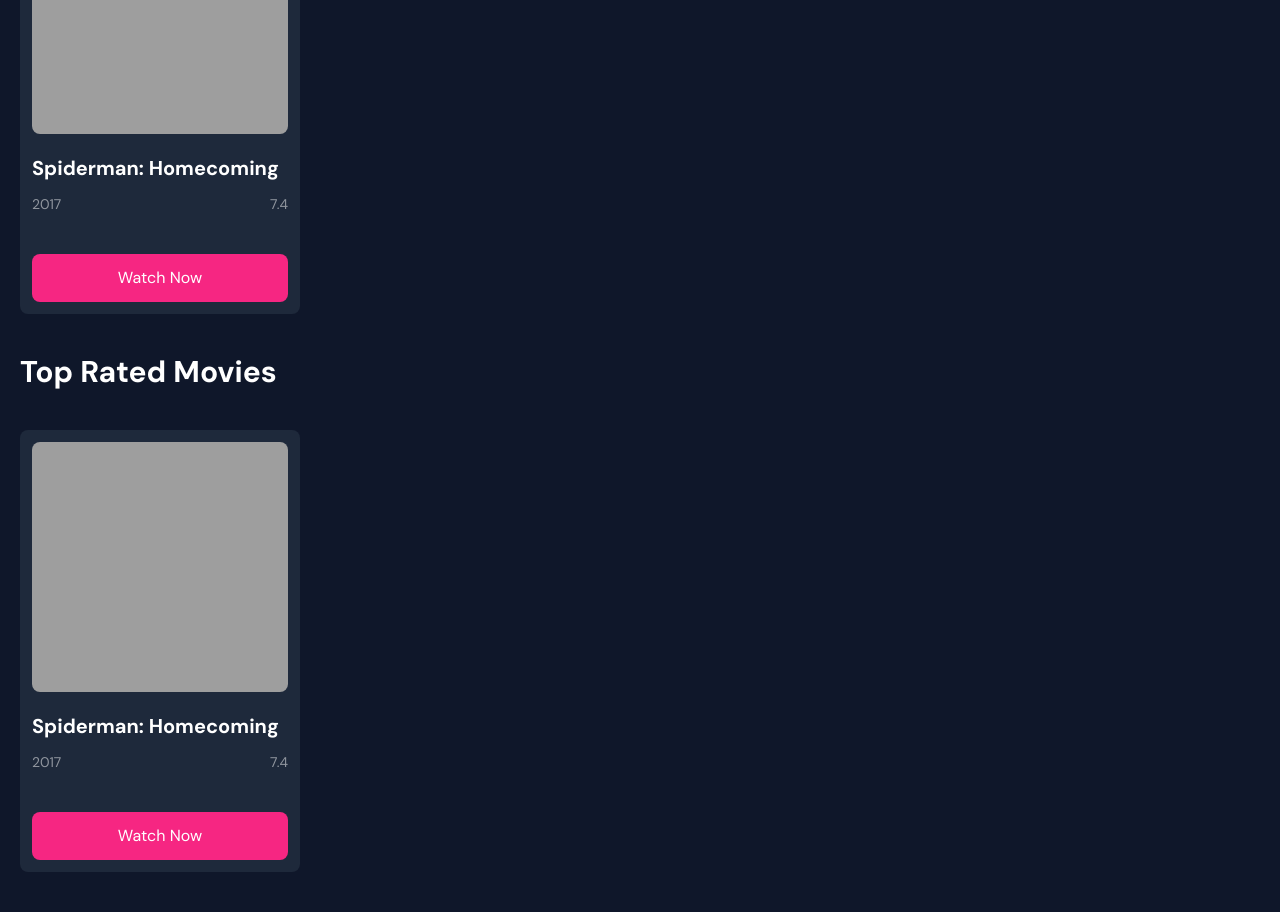
Repository: vophuocthanh/movies
Page: /
The author's editor kept a copy of each file at every save. The page is drawn from the files as they stood at one save, then again after the next save.
The browser window is 1280 px wide. The pictures show the part of the page from y = 908 to 1860 px (the page is 1820 px tall before and 1860 px after).
Pictures or frames that could not be fetched are drawn as grey boxes. The project was rebuilt for these pictures with package versions that can differ from the ones it lists, and the page was loaded fresh each time.

Above is the page before, as saved 2022-12-02 20:15:42.

After the next save:
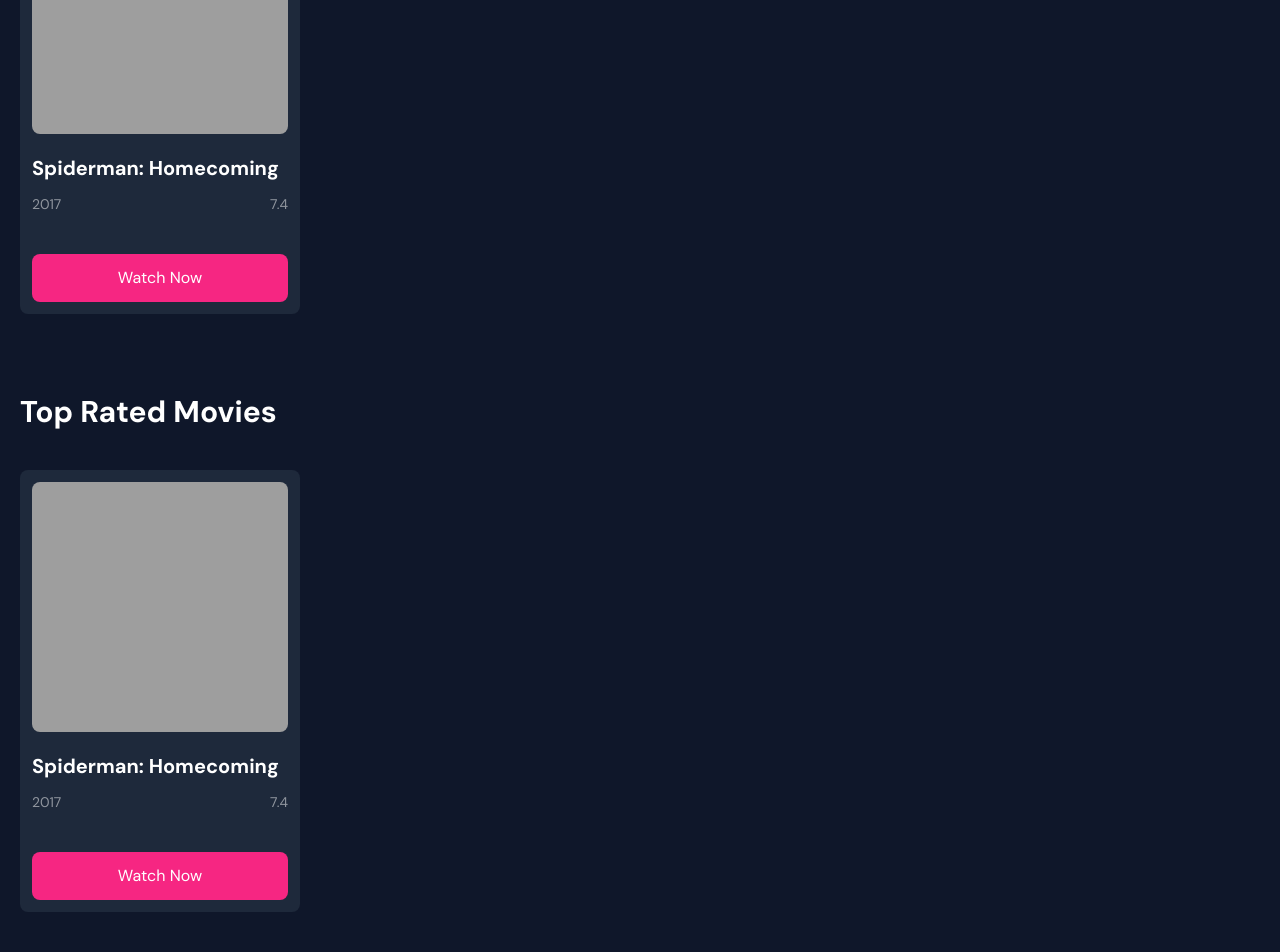
Saved 29 s later.
--- a/src/App.js
+++ b/src/App.js
@@ -35,8 +35,8 @@
           </div>
         </div>
       </section>
-      <section className="pb-10 movies-layout page-container">
-        <h2 className="mb-10 text-3xl font-bold text-white capitalize ">
+      <section className="pb-20 movies-layout page-container">
+        <h2 className="mb-10 text-3xl font-bold text-white capitalize">
           Now Playing
         </h2>
         <div className="grid grid-cols-4 gap-10 movies-list ">
